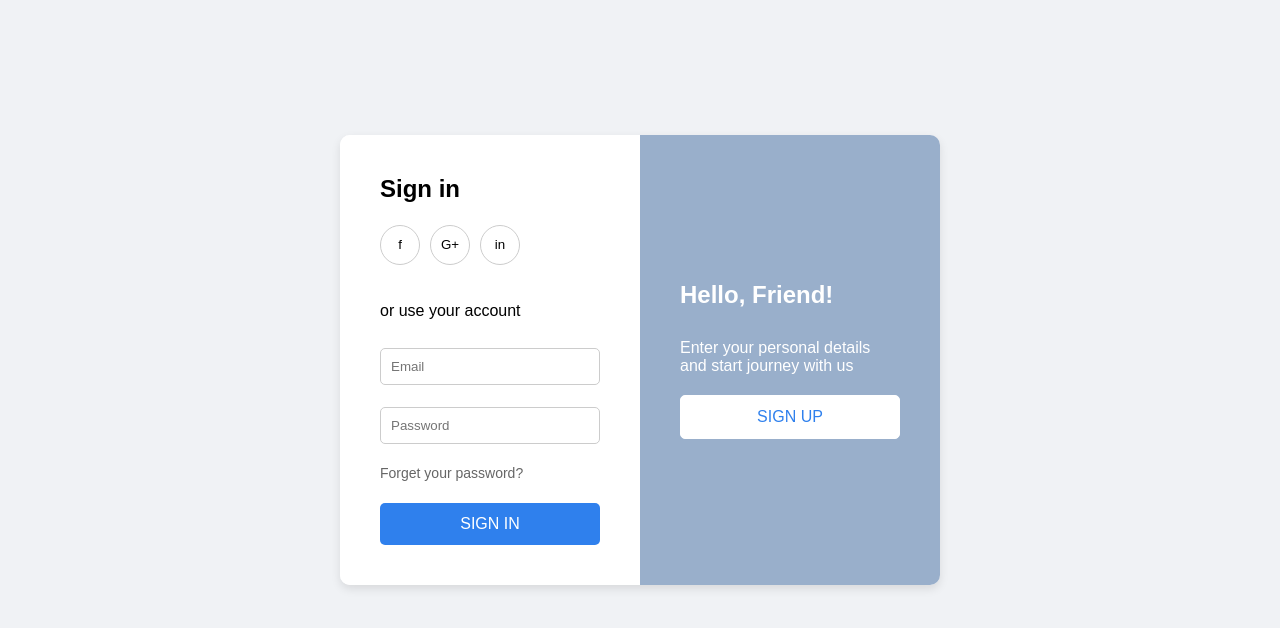
Repository: lavanya787/ml_system
Page: http://localhost/
The author's editor kept a copy of each file at every save. The page is drawn from the files as they stood at one save, then again after a run of saves.
The browser window is 1280 px wide. The pictures show the whole page.
The page is served by the project's application, run on Flask 3 (flask_app.py).

Above is the page before, as saved 2025-06-03 16:00:57.

### templates/index.html
<!DOCTYPE html>
<html lang="en">
<head>
    <meta charset="UTF-8">
    <meta name="viewport" content="width=device-width, initial-scale=1.0">
    <title>🤖Chatbot</title>
    <link rel="stylesheet" href="{{ url_for('static', filename='style.css') }}">
</head>
<body>
    <!-- Notification div -->
    <div id="notification" class="notification" style="display: none;">
        <span id="notification-message"></span>
    </div>

    <div class="container" id="login-container">
        <div class="form-section">
            <h2>Sign in</h2>
            <div class="social-buttons">
                <button>f</button>
                <button>G+</button>
                <button>in</button>
            </div>
            <p>or use your account</p>
            <input type="email" id="login-email" placeholder="Email" required>
            <input type="password" id="login-password" placeholder="Password" required>
            <a href="#" class="forgot-password">Forget your password?</a>
            <button class="action-button" onclick="handleLogin()">SIGN IN</button>
        </div>
        <div class="welcome-section" id="signup-section">
            <h2>Hello, Friend!</h2>
            <p>Enter your personal details and start journey with us</p>
            <button class="action-button" onclick="showRegister()">SIGN UP</button>
        </div>
    </div>

    <div class="container" id="register-container" style="display: none;">
        <div class="welcome-section">
            <h2>Welcome Back!</h2>
            <p>To keep connected with us please login with your personal info</p>
            <button class="action-button" onclick="showLogin()">SIGN IN</button>
        </div>
        <div class="form-section">
            <h2>Create Account</h2>
            <div class="social-buttons">
                <button>f</button>
                <button>G+</button>
                <button>in</button>
            </div>
            <p>or use your email for registration</p>
            <input type="text" id="register-username" placeholder="Name" required>
            <input type="email" id="register-email" placeholder="Email" required>
            <input type="password" id="register-password" placeholder="Password" required>
            <button class="action-button" onclick="handleRegister()">SIGN UP</button>
        </div>
    </div>

    <script src="{{ url_for('static', filename='script.js') }}"></script>
</body>
</html>

### flask_app.py
from flask import Flask, request, jsonify, render_template, redirect, url_for
from flask_cors import CORS
from supabase import create_client, Client
import bcrypt
import uuid
from datetime import datetime
import re

app = Flask(__name__)
CORS(app)

# Supabase setup
SUPABASE_URL = "https://uctyxchurvievzvhthru.supabase.co"
SUPABASE_KEY = "eyJhbGciOiJIUzI1NiIsInR5cCI6IkpXVCJ9.eyJpc3MiOiJzdXBhYmFzZSIsInJlZiI6InVjdHl4Y2h1cnZpZXZ6dmh0aHJ1Iiwicm9sZSI6ImFub24iLCJpYXQiOjE3NDU0ODk0MDIsImV4cCI6MjA2MTA2NTQwMn0.YytXX-q4QDO_vY9f1e_P-UWc6v6860kcsbe_bTZVgCI"
supabase: Client = create_client(SUPABASE_URL, SUPABASE_KEY)

# Function to validate UUID
def is_valid_uuid(val):
    uuid_pattern = re.compile(
        r'^[0-9a-fA-F]{8}-[0-9a-fA-F]{4}-[0-9a-fA-F]{4}-[0-9a-fA-F]{4}-[0-9a-fA-F]{12}$'
    )
    return bool(uuid_pattern.match(val))

# Serve the main page
@app.route('/')
def index():
    return render_template('index.html')

@app.route('/api/register', methods=['POST'])
def register():
    data = request.get_json()
    username = data.get('username')
    email = data.get('email')
    password = data.get('password')

    # Check if user already exists
    user = supabase.table('users').select('*').eq('email', email).execute()
    print(f"Checking if user exists with email {email}: {user.data}")  # Debug log
    if user.data:
        return jsonify({'message': 'User already exists'}), 400

    # Hash password
    hashed_password = bcrypt.hashpw(password.encode('utf-8'), bcrypt.gensalt()).decode('utf-8')

    # Generate unique user ID
    user_id = str(uuid.uuid4())
    print(f"Generated user_id for registration: {user_id}")  # Debug log
    if not is_valid_uuid(user_id):
        print(f"ERROR: Generated user_id is not a valid UUID: {user_id}")
        return jsonify({'message': 'Internal server error: Invalid user_id generated'}), 500

    # Store user in Supabase
    registration_time = datetime.utcnow().isoformat()
    new_user = {
        'user_id': user_id,
        'username': username,
        'email': email,
        'password': hashed_password,
        'registration_time': registration_time
    }
    print(f"Storing user in Supabase: {new_user}")  # Debug log
    try:
        supabase.table('users').insert(new_user).execute()
    except Exception as e:
        print(f"Error inserting user into Supabase: {e}")
        return jsonify({'message': 'Error storing user in database'}), 500

    # Redirect to Streamlit app with user_id as a query parameter
    streamlit_url = f"http://localhost:8501/?user_id={user_id}"
    print(f"Redirecting to Streamlit app after registration: {streamlit_url}")  # Debug log
    return jsonify({'message': 'Registration successful', 'redirect': streamlit_url}), 200

@app.route('/api/login', methods=['POST'])
def login():
    data = request.get_json()
    email = data.get('email')
    password = data.get('password')

    # Fetch user from Supabase
    user = supabase.table('users').select('*').eq('email', email).execute()
    print(f"Supabase response for user lookup: {user.data}")  # Debug log
    if not user.data:
        return jsonify({'message': 'User not found'}), 404

    user_data = user.data[0]
    # Verify password
    if not bcrypt.checkpw(password.encode('utf-8'), user_data['password'].encode('utf-8')):
        return jsonify({'message': 'Incorrect password'}), 401

    # Update last login time
    login_time = datetime.utcnow().isoformat()
    try:
        supabase.table('users').update({'last_login': login_time}).eq('email', email).execute()
    except Exception as e:
        print(f"Error updating last login time in Supabase: {e}")
        return jsonify({'message': 'Error updating login time'}), 500

    # Redirect to Streamlit app with user_id as a query parameter
    user_id = user_data['user_id']
    print(f"Retrieved user_id for login: {user_id}")  # Debug log
    if not is_valid_uuid(user_id):
        print(f"ERROR: Retrieved user_id is not a valid UUID: {user_id}")
        return jsonify({'message': 'Internal server error: Invalid user_id retrieved'}), 500

    streamlit_url = f"http://localhost:8501/?user_id={user_id}"
    print(f"Redirecting to Streamlit app after login: {streamlit_url}")  # Debug log
    return jsonify({'message': 'Login successful', 'redirect': streamlit_url}), 200

if __name__ == '__main__':
    app.run(host='0.0.0.0', port=5000, debug=True)

### static/style.css
body {
    font-family: Arial, sans-serif;
    display: flex;
    justify-content: center;
    align-items: center;
    height: 100vh;
    margin: 0;
    background-color: #f0f2f5; /* Subtle gray */
    position: relative;
}

/* Notification styling */
.notification {
    position: fixed;
    top: 20px;
    left: 50%;
    transform: translateX(-50%);
    background: linear-gradient(to right, #8da0b9, #56CCF2); /* Blue gradient */
    color: white;
    padding: 15px 30px;
    border-radius: 10px;
    box-shadow: 0 4px 10px rgba(0, 0, 0, 0.2);
    display: flex;
    align-items: center;
    font-size: 16px;
    z-index: 1000;
}

.notification::before {
    content: "✔";
    margin-right: 10px;
    font-size: 20px;
}

.container {
    display: flex;
    width: 600px;
    height: 450px;
    background: white;
    border-radius: 10px;
    box-shadow: 0 4px 10px rgba(0, 0, 0, 0.1);
    overflow: hidden;
}

.form-section, .welcome-section {
    width: 50%;
    padding: 40px;
    box-sizing: border-box;
}

.form-section {
    background: white;
    display: flex;
    flex-direction: column;
    justify-content: space-between;
}

.welcome-section {
    background: #99afcb; /* Professional Blue */
    color: white;
    display: flex;
    flex-direction: column;
    justify-content: center;
}

h2 {
    margin: 0 0 20px;
    font-size: 24px;
}

.social-buttons {
    display: flex;
    gap: 10px;
    margin-bottom: 20px;
}

.social-buttons button {
    width: 40px;
    height: 40px;
    border-radius: 50%;
    border: 1px solid #ccc;
    background: white;
    cursor: pointer;
}

input {
    width: 100%;
    padding: 10px;
    margin: 10px 0;
    border: 1px solid #ccc;
    border-radius: 5px;
    box-sizing: border-box;
}

.forgot-password {
    display: block;
    margin: 10px 0;
    color: #666;
    text-decoration: none;
    font-size: 14px;
}

.action-button {
    width: 100%;
    padding: 12px;
    border: none;
    border-radius: 5px;
    background: #2F80ED; /* Button Blue */
    color: white;
    font-size: 16px;
    cursor: pointer;
    margin-top: 10px;
}

.welcome-section button {
    background: white;
    color: #2F80ED;
    border: 1px solid #fff;
    padding: 12px;
    font-size: 16px;
    border-radius: 5px;
    cursor: pointer;
    transition: background 0.3s, color 0.3s;
}

.welcome-section button:hover {
    background: #f0f2f5;
    color: #2F80ED;
}

.welcome-section p {
    margin: 10px 0;
}

### static/script.js
function showRegister() {
    document.getElementById('login-container').style.display = 'none';
    document.getElementById('register-container').style.display = 'flex';
}

function showLogin() {
    document.getElementById('register-container').style.display = 'none';
    document.getElementById('login-container').style.display = 'flex';
}

// Function to show notification
function showNotification(message, callback) {
    const notification = document.getElementById('notification');
    const notificationMessage = document.getElementById('notification-message');
    notificationMessage.textContent = message;
    notification.style.display = 'flex';
    // Hide after 2 seconds and call the callback
    setTimeout(() => {
        notification.style.display = 'none';
        if (callback) callback(); // Execute callback after notification hides
    }, 2000);
}

async function handleRegister() {
    const username = document.getElementById('register-username').value;
    const email = document.getElementById('register-email').value;
    const password = document.getElementById('register-password').value;

    try {
        const response = await fetch('/api/register', {
            method: 'POST',
            headers: { 'Content-Type': 'application/json' },
            body: JSON.stringify({ username, email, password })
        });
        const result = await response.json();

        if (response.ok) {
            console.log('Registration successful, redirect URL:', result.redirect); // Debug log
            showNotification('Welcome! Your registration was successful. Let\'s get started.', () => {
                console.log('Redirecting to:', result.redirect); // Debug log
                window.location.href = result.redirect;  // Redirect to Streamlit app
            });
        } else {
            console.error('Registration failed:', result.message); // Debug log
            showNotification(result.message); // Show error message (e.g., "User already exists")
        }
    } catch (error) {
        console.error('Error during registration:', error); // Debug log
        showNotification('Error during registration');
    }
}

async function handleLogin() {
    const email = document.getElementById('login-email').value;
    const password = document.getElementById('login-password').value;

    try {
        const response = await fetch('/api/login', {
            method: 'POST',
            headers: { 'Content-Type': 'application/json' },
            body: JSON.stringify({ email, password })
        });
        const result = await response.json();

        if (response.ok) {
            console.log('Login successful, redirect URL:', result.redirect); // Debug log
            showNotification('Welcome! You have successfully logged in.', () => {
                console.log('Redirecting to:', result.redirect); // Debug log
                window.location.href = result.redirect;  // Redirect to Streamlit app
            });
        } else {
            console.error('Login failed:', result.message); // Debug log
            showNotification(result.message); // Show error message (e.g., "Incorrect password")
        }
    } catch (error) {
        console.error('Error during login:', error); // Debug log
        showNotification('Error during login');
    }
}

After the next 3 saves:
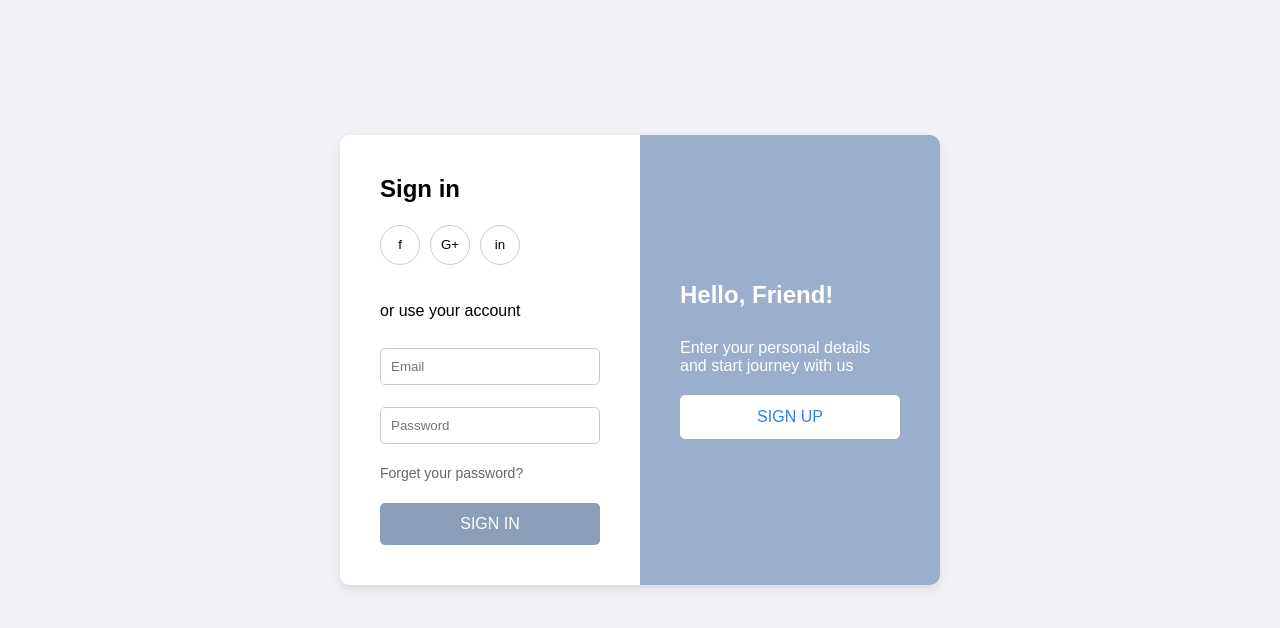
The 3 saves are shown as one change because they came seconds apart.
The last was saved 5 s later.
--- a/static/style.css
+++ b/static/style.css
@@ -105,7 +105,7 @@ input {
     padding: 12px;
     border: none;
     border-radius: 5px;
-    background: #2F80ED; /* Button Blue */
+    background: #8b9eb7; /* Button Blue */
     color: white;
     font-size: 16px;
     cursor: pointer;
